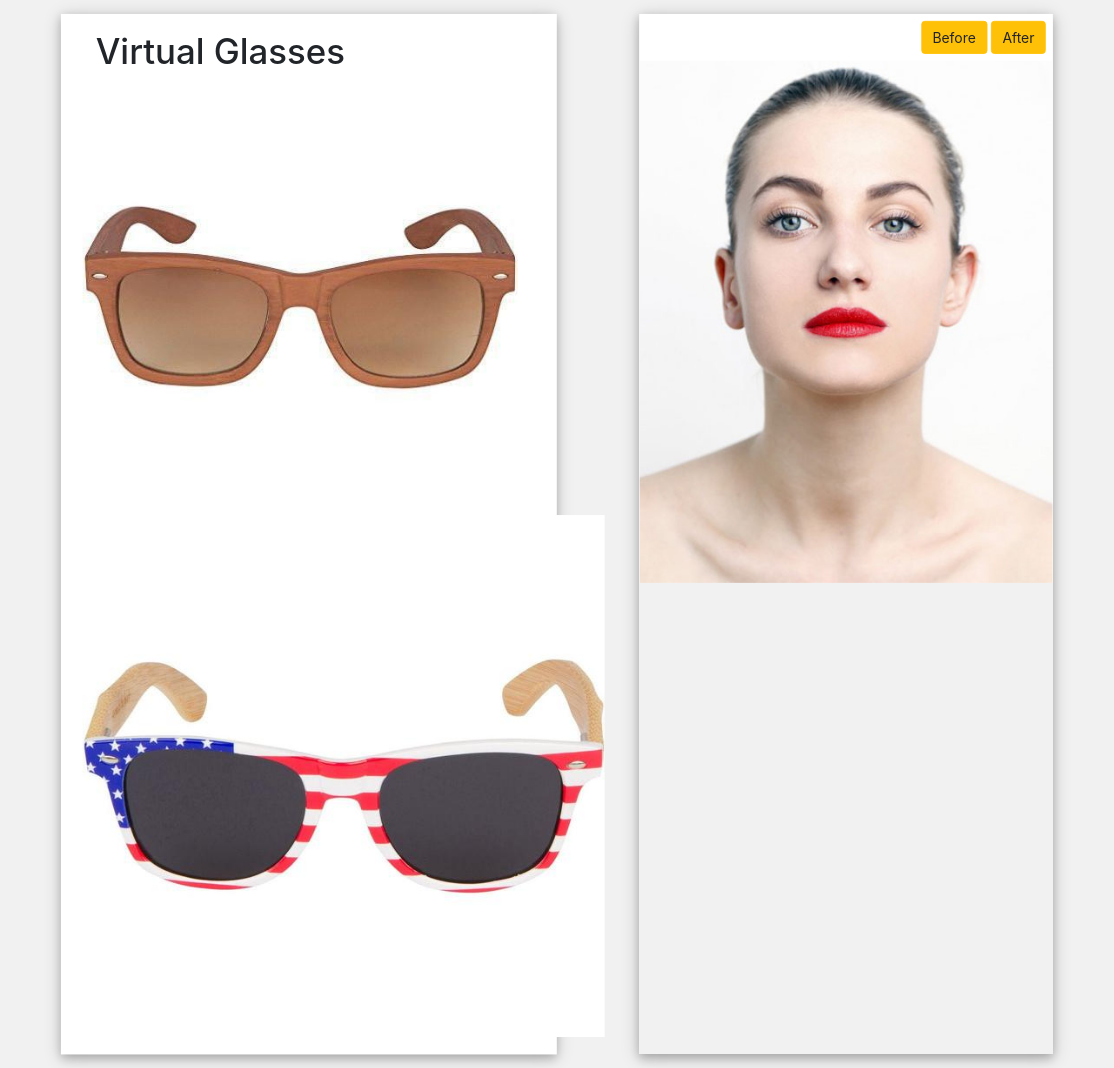
Repository: Khoi300399/BC35E_ES6_B2_MaThanhKhoi
Page: index.html
These files come from the project's save history. The page is drawn as it stood at one moment and after the next save; the edit follows.
The browser window is 1280 px wide. The pictures show the whole page, at 87% of full size.

Above is the page before, as saved 2022-10-21 17:22:15.

After the next save:
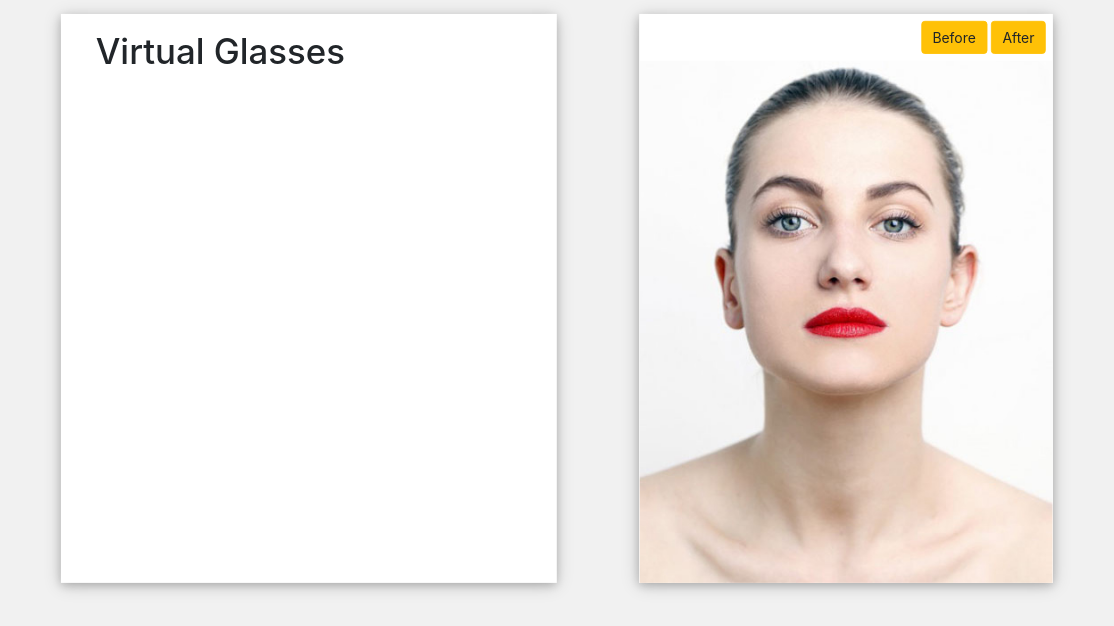
Saved 73 s later.
--- a/index.html
+++ b/index.html
@@ -30,12 +30,7 @@
               <h1 class="mb-2">Virtual Glasses</h1>
             </div>
           </div>
-          <div class="row" id="vglassesList">
-            <span>
-              <img src="./img/g1.jpg" alt="" />
-              <img src="./img/g2.jpg" alt="" />
-            </span>
-          </div>
+          <div class="row" id="vglassesList"></div>
         </div>
         <div class="col-5 vglasses__right p-0">
           <div class="vglasses__card">
